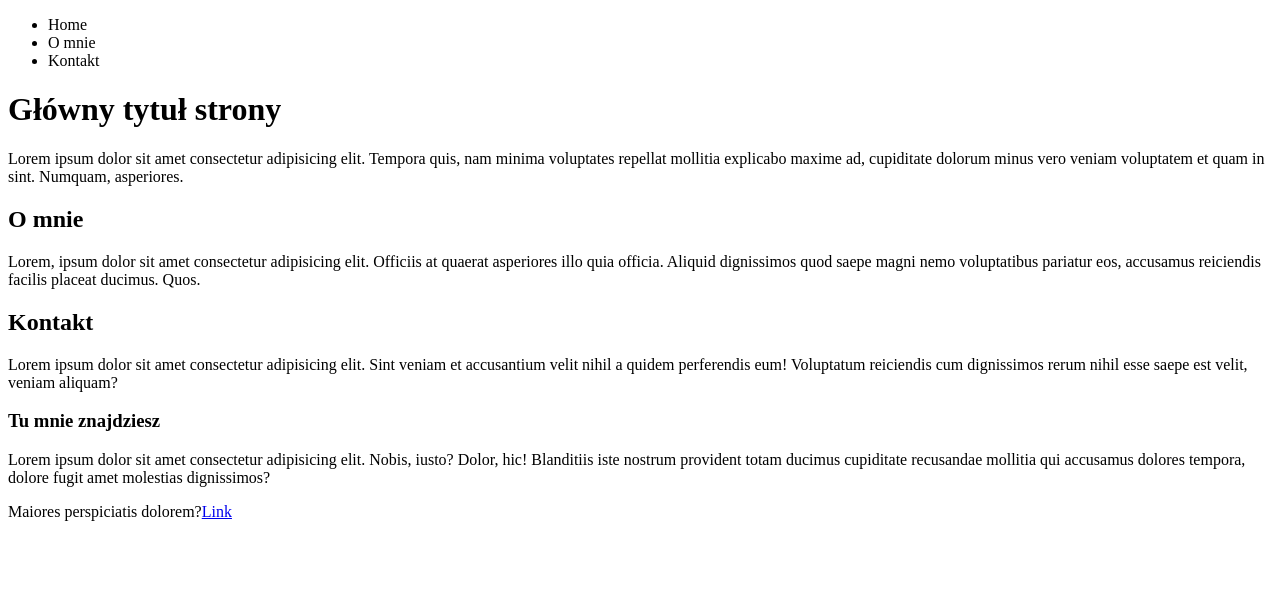
Repository: magdaf41/magdaf41.github.io
Page: zadania-domowe/HTML/zadanie_2/index.html
These files come from the project's save history. The page is drawn as it stood at one moment and after the next save; the edit follows.
The browser window is 1280 px wide. The pictures show the whole page.

Above is the page before, as saved 2020-08-13 11:22:12.

### zadania-domowe/HTML/zadanie_2/index.html
<!DOCTYPE html>
<html lang="en">

<head>
    <meta charset="UTF-8">
    <meta name="viewport" content="width=device-width, initial-scale=1.0">
    <title>Document</title>
</head>

<body>


    <nav id="menu">
        <ul>
            <li class="menu-item">Home</li>
            <li class="menu-item">O mnie</li>
            <li class="menu-item">Kontakt</li>
        </ul>
    </nav>


    <header id="header">
        <h1 id="main-header">Główny tytuł strony</h1>
        <p class="header-content">Lorem ipsum dolor sit amet consectetur adipisicing elit. Tempora quis, nam minima
            voluptates repellat
            mollitia explicabo maxime ad, cupiditate dolorum minus vero veniam voluptatem et quam in sint. Numquam,
            asperiores.</p>
    </header>

    <section id="about">
        <h2 id="about-header">O mnie</h2>
        <p class="about-content">Lorem, ipsum dolor sit amet consectetur adipisicing elit. Officiis at quaerat
            asperiores illo quia officia.
            Aliquid dignissimos quod saepe magni nemo voluptatibus pariatur eos, accusamus reiciendis facilis placeat
            ducimus. Quos.</p>
    </section>

    <section id="contact">
        <h2 id="contact-header">Kontakt</h2>
        <p class="contant-contact">Lorem ipsum dolor sit amet consectetur adipisicing elit. Sint veniam et accusantium
            velit nihil a quidem perferendis eum! Voluptatum reiciendis cum dignissimos rerum nihil esse saepe est
            velit, veniam aliquam?</p>
        <h3 id="place-header">Tu mnie znajdziesz</h3>
        <p class="place-content">Lorem ipsum dolor sit amet consectetur adipisicing elit. Nobis, iusto? Dolor, hic!
            Blanditiis iste nostrum provident totam ducimus cupiditate recusandae mollitia qui accusamus dolores
            tempora, dolore fugit amet molestias dignissimos?
        <p class="place-content">Maiores perspiciatis dolorem?<a href="Link">Link</a></p>
    </section>

    <footer></footer>
</body>

</html>

After the next save:
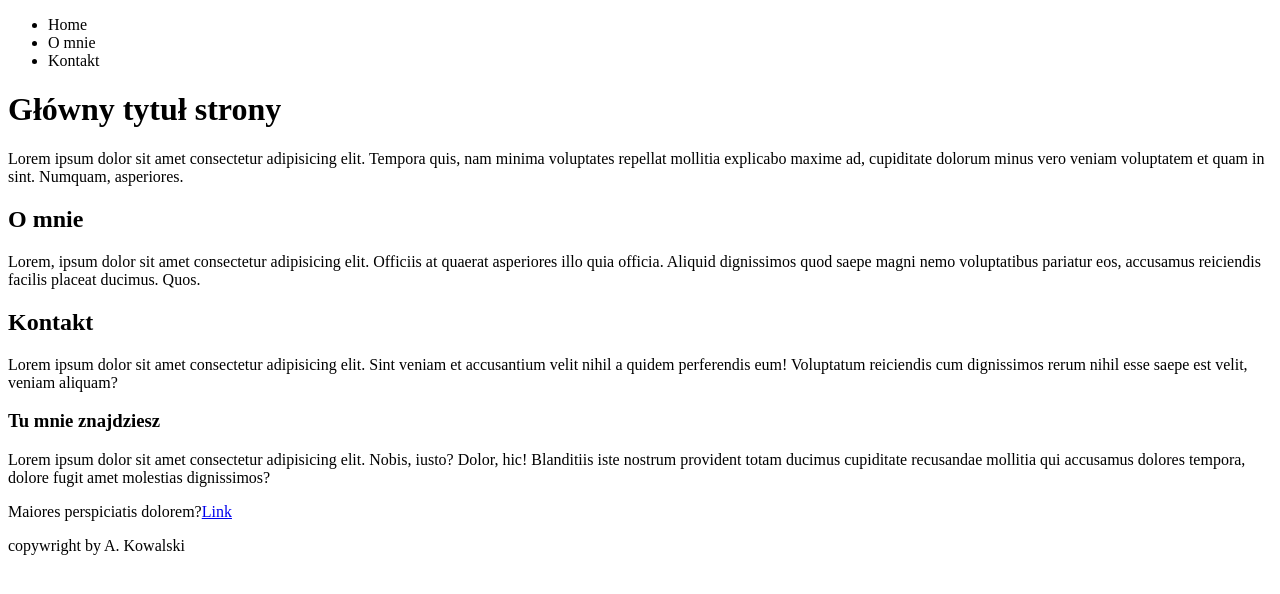
Saved 2 min 11 s later.
--- a/zadania-domowe/HTML/zadanie_2/index.html
+++ b/zadania-domowe/HTML/zadanie_2/index.html
@@ -47,7 +47,9 @@
         <p class="place-content">Maiores perspiciatis dolorem?<a href="Link">Link</a></p>
     </section>
 
-    <footer></footer>
+    <footer>
+        <p id="footer">copywright by A. Kowalski</p>
+    </footer>
 </body>
 
 </html>
